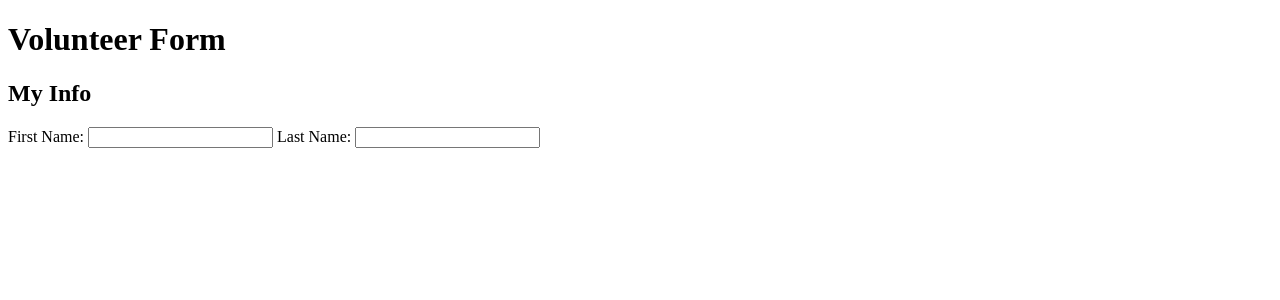
Repository: rishondass/ITMD361-Lab4
Page: index.html
These files come from the project's save history. The page is drawn as it stood at one moment and after the next save; the edit follows.
The browser window is 1280 px wide. The pictures show the whole page.

Above is the page before, as saved 2023-01-13 14:50:54.

After the next save:
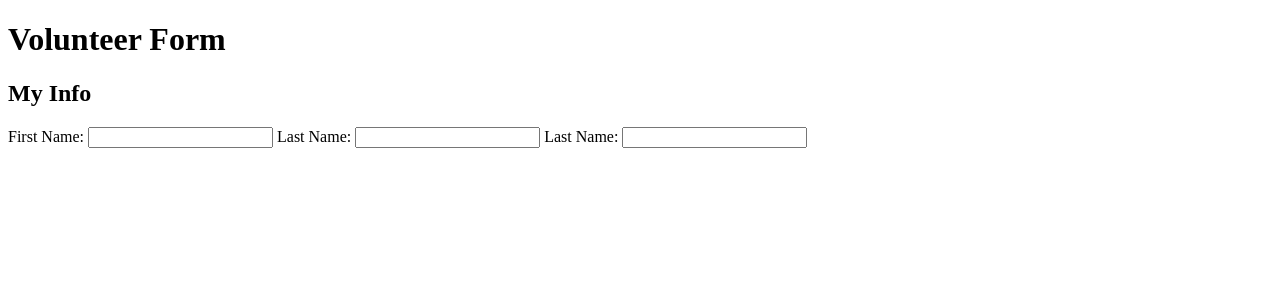
Saved 10 s later.
--- a/index.html
+++ b/index.html
@@ -20,6 +20,9 @@
 
         <label for="last_name_field">Last Name:</label>
         <input type="text" name="last_name_field">
+
+        <label for="last_name_field">Last Name:</label>
+        <input type="text" name="last_name_field">
     </form>
 </body>
 </html>
